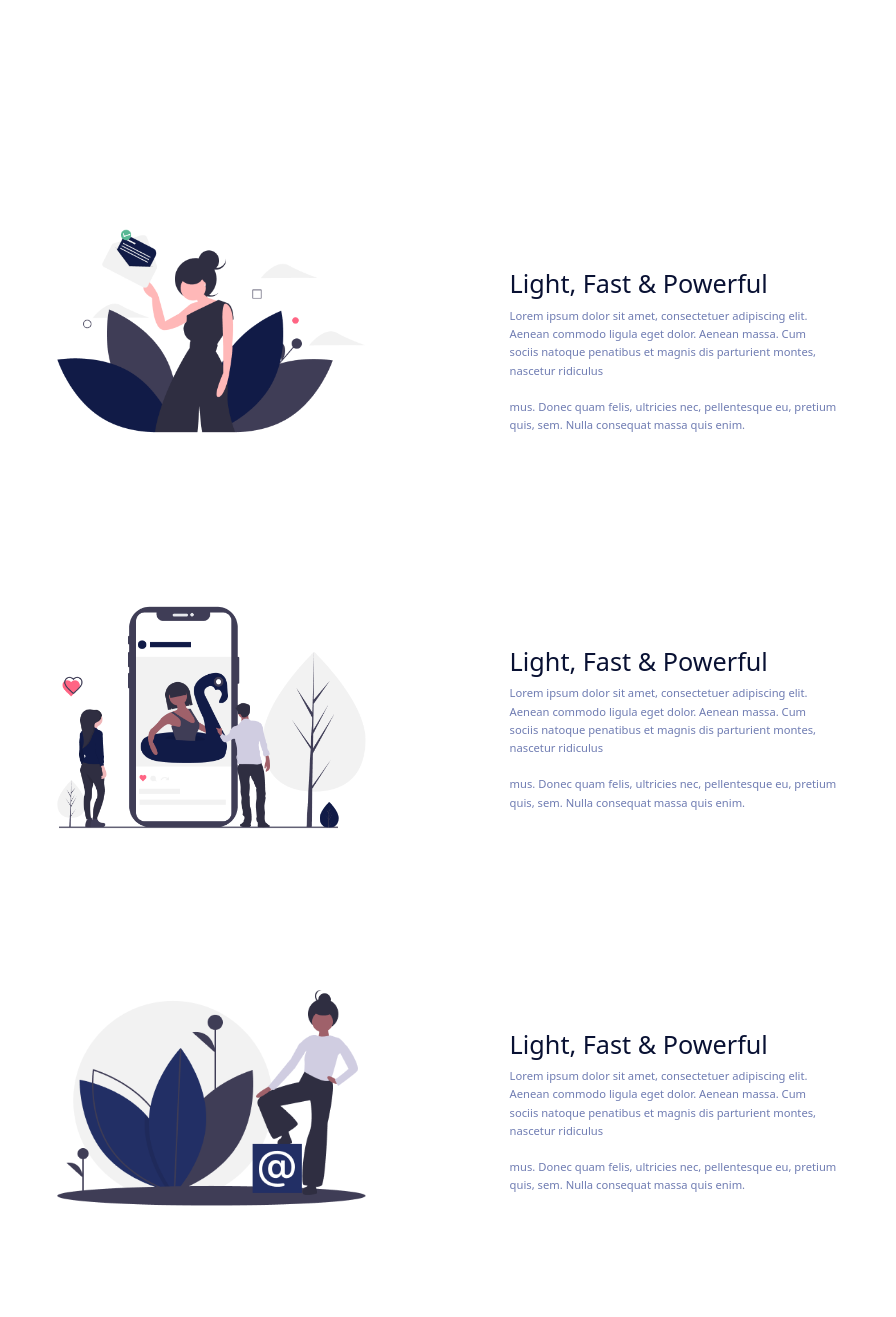
Repository: batonAnton/HW-Lec12-sass-pug
Page: index.html
An editor plug-in stored every save of this project. The page is shown before and after the next save, followed by the edit.
The browser window is 1280 px wide. The pictures show the part of the page from y = 1883 to 3803 px (the page is 3765 px tall before and 3803 px after), at 70% of full size.
The style sheet was rebuilt from its Sass, Less or Tailwind sources for each picture, by a compiler version that may differ from the author's.

Above is the page before, as saved 2022-07-29 17:25:22.

### index.html
<!DOCTYPE html>
<html lang="en">
<head>
    <meta charset="UTF-8">
    <meta http-equiv="X-UA-Compatible" content="IE=edge">
    <meta name="viewport" content="width=device-width, initial-scale=1.0">
    <title>HW12 Saas</title>
    <link rel="preconnect" href="https://fonts.googleapis.com">
    <link rel="preconnect" href="https://fonts.gstatic.com" crossorigin>
    <link href="https://fonts.googleapis.com/css2?family=Roboto&display=swap" rel="stylesheet">
    <link href="https://cdn.jsdelivr.net/npm/bootstrap@5.2.0/dist/css/bootstrap.min.css" rel="stylesheet" integrity="sha384-gH2yIJqKdNHPEq0n4Mqa/HGKIhSkIHeL5AyhkYV8i59U5AR6csBvApHHNl/vI1Bx" crossorigin="anonymous">
    <link rel="stylesheet" href="css/style.css">
</head>
<body>
    <header>
        <div class="container">
            <div class="wrapper">
                <nav>
                    <div class="navigation">
                        <ul>
                            <li>
                                <a href="">home</a>
                            </li>
                            <li>
                                <a href="">about</a>
                            </li>
                            <li>
                                <a href="">contact</a>
                            </li>
                        </ul>
                        <div class="logo">
                            <h1>Landie</h1>
                        </div>
                        <div class="button">
                            <button type="button" class="btn btn-menu btn-primary">Buy now</button>
                        </div>
                    </div>
                </nav>

                <div class="leftBlock">
                    <h1>Introduce Your Product <br class="hideBR">
                        Quickly & Effectively
                    </h1>

                    <p>
                        Lorem ipsum dolor sit amet, consectetuer adipiscing elit. Aenean <br class="hideBR"> commodo ligula eget dolor. Aenean massa. Cum sociis natoque <br class="hideBR"> penatibus et magnis dis parturient montes, nascetur ridiculus <br class="hideBR">
                        <br> <br>
                        mus. Donec quam felis, ultricies nec, pellentesque eu, pretium quis, <br class="hideBR"> sem. Nulla consequat massa quis enim.
                    </p>

                    <div class="btn-header">
                        <button type="button" class="btn btn-menu btn-primary">Purchase UI Kit</button>
                        <button type="button" class="btn btn-menu btn-primary">Learn More</button>
                    </div>
                </div>
            </div>
        </div>
    </header>

    <section>
        <div class="container">
            <h1>Light, Fast & Powerful</h1>
            <p>
                Lorem ipsum dolor sit amet, consectetuer adipiscing elit. Aenean commodo <br class="hideBr"> ligula eget dolor. Aenean massa. Cum sociis natoque penatibus et magnis <br class="hideBr"> dis parturient montes, nascetur ridiculus
                <br> <br>
                mus. Donec quam felis, ultricies nec, pellentesque eu, pretium quis, sem. <br class="hideBr"> Nulla consequat massa quis enim.
            </p>

            <div class="smallInfo">
                <div class="block">
                    <img src="./image/section1/Combined Shape.jpg" alt="img">
                    <h2>Title Goes Here</h2>
                    <p>Lorem ipsum dolor sit amet, consectetuer <br class="hideBr"> adipiscing elit. Aenean commodo ligula eget <br class="hideBr">  dolor. </p>
                </div>

                <div class="block">
                    <img src="./image/section1/Combined Shape.jpg" alt="img">
                    <h2>Title Goes Here</h2>
                    <p>Lorem ipsum dolor sit amet, consectetuer <br class="hideBr"> adipiscing elit. Aenean commodo ligula eget <br class="hideBr">  dolor. </p>
                </div>
            </div>
        </div>
    </section>

    <aside>
        <div class="container">
            <div class="rowAside">
                <div class="img-left">
                    <img src="./image/aside/img1.png" alt="img" >
                </div>
                <div class="rightInfo">
                    <h1>Light, Fast & Powerful</h1>
                    <p>
                        Lorem ipsum dolor sit amet, consectetuer adipiscing elit. <br class="hideBr"> Aenean commodo ligula eget dolor. Aenean massa. Cum <br class="hideBr"> sociis natoque penatibus et magnis dis parturient montes, <br class="hideBr"> nascetur ridiculus
                        <br> <br>
                        mus. Donec quam felis, ultricies nec, pellentesque eu, pretium <br class="hideBr"> quis, sem. Nulla consequat massa quis enim.
                    </p>
                </div>
            </div>

            <div class="rowAside middle">
                <div class="img-left">
                    <img src="./image/aside/img2.png" alt="img" >
                </div>
                <div class="rightInfo">
                    <h1>Light, Fast & Powerful</h1>
                    <p>
                        Lorem ipsum dolor sit amet, consectetuer adipiscing elit. <br class="hideBr"> Aenean commodo ligula eget dolor. Aenean massa. Cum <br class="hideBr"> sociis natoque penatibus et magnis dis parturient montes, <br class="hideBr"> nascetur ridiculus
                        <br> <br>
                        mus. Donec quam felis, ultricies nec, pellentesque eu, pretium <br class="hideBr"> quis, sem. Nulla consequat massa quis enim.
                    </p>
                </div>
            </div>

            <div class="rowAside">
                <div class="img-left">
                    <img src="./image/aside/img3.png" alt="img" >
                </div>
                <div class="rightInfo">
                    <h1>Light, Fast & Powerful</h1>
                    <p>
                        Lorem ipsum dolor sit amet, consectetuer adipiscing elit. <br class="hideBr"> Aenean commodo ligula eget dolor. Aenean massa. Cum <br class="hideBr"> sociis natoque penatibus et magnis dis parturient montes, <br class="hideBr"> nascetur ridiculus
                        <br> <br>
                        mus. Donec quam felis, ultricies nec, pellentesque eu, pretium <br class="hideBr"> quis, sem. Nulla consequat massa quis enim.
                    </p>
                </div>
            </div>
        </div>
    </aside>
</body>
</html>

### css/style.scss
$primary-color: #091133;
$primaryFontStyle: Roboto;

@mixin generalStyleMenu(
  $sizeMenu: 14px,
  $lineHeight: 24px,
  $font-color: #505f98
) {
  font-size: $sizeMenu;
  line-height: $lineHeight;
  color: $font-color;
}

body {
  box-sizing: border-box;
}

header {
  width: 100%;
  height: 1160px;
  background-image: url(../image/header/header-bg.png);
  background-position: 100% -20%;
  background-repeat: no-repeat;

  .navigation {
    display: flex;
    justify-content: space-between;
    padding-top: 18px;
    align-items: center;

    ul {
      display: inline-flex;
      li {
        margin-right: 60px;
        list-style: none;
        a {
          text-decoration: none;
          text-transform: capitalize;
          @include generalStyleMenu;
        }
      }
    }
    .logo {
      display: flex;
      justify-content: center;
      margin-left: -235px;
      h1 {
        font-family: $primaryFontStyle;
        font-style: normal;
        font-weight: 900;
        font-size: 26px;
        line-height: 38px;
        color: #37447e;
      }
    }
     .btn-primary{
      font-family: 'Roboto';
      font-style: normal;
      font-weight: 500;
      font-size: 12px;
      line-height: 18px;
      text-transform: capitalize;
      color: #091133;
        background: #E7ECFF;
      border-radius: 2px;
      width: 160px;
      height: 30px;
      border: 1px solid #091133;

    }
    button:hover{
        background-color: #111B47;
        color: #FFFFFF;
        transition: 1s;
    }
  }
//   left-block header
  .leftBlock{
      margin-top: 190px;
      margin-left: 35px;
      h1{
        font-weight: 500;
        font-size: 50px;
        line-height: 66px;
        letter-spacing: 1px;
        color: #091133;
        margin-bottom: 20px;
      }
      p{
        font-style: normal;
        font-weight: 400;
        font-size: 18px;
        line-height: 30px;
        color: #505F98;
        margin-bottom: 69px;
      }

      .btn-primary{
        width: 189px;
        height: 40px;
        border: 2px solid #091133;
        border-radius: 2px;
        font-style: normal;
        font-weight: 500;
        font-size: 16px;
        line-height: 26px;
        color: #091133;
        background: #E7ECFF;
        margin-right: 30px;
      }
      button:hover{
          background-color: #111B47;
          color: #FFFFFF;
          transition: 1s;
      }
  }
}
// section

section{
    margin-top: 80px ;
    height: 740px;
    margin-left: 45px;
    margin-bottom: 230px;
    background-image: url(../image/section1/section-bg.png);
    background-position: 85% -5%;
    background-repeat: no-repeat;
    h1{
        // font-family: 'Roboto';
        font-style: normal;
        font-weight: 500;
        font-size: 36px;
        line-height: 48px;
        color: #091133;
        margin-bottom: 20px;
    }
    p{
        font-style: normal;
        font-weight: 400;
        font-size: 16px;
        line-height: 26px;
        color: #6F7CB2;
    }
    .smallInfo{
        margin-top: 90px;
        display: inline-flex;
        h2{
            font-style: normal;
            font-weight: 500;
            font-size: 16px;
            line-height: 26px;
            color: #091133;
            margin: 16px 0px 6px 0px;
        }
        p{
            font-weight: 400;
            font-size: 12px;
            line-height: 18px;
            color: #5D6970;
        }
        .block{
            margin-right: 30px;

        }
    }
}

aside{
    margin-left: 45px;
    margin-right: 45px;
    margin-bottom: 160px;
    .rowAside{
        display: inline-flex;
        .img-left{
            margin-right:206px;
            img{
                width: 440px;
            }
        }
    }
    .middle{
        margin: 230px 0;
    }

    .rightInfo{
        margin-top: 55px;

        h1{
            font-weight: 500;
            font-size: 36px;
            line-height: 48px;
            color: #091133;
        }

        p{
            font-weight: 400;
            font-size: 16px;
            line-height: 26px;
            color: #6F7CB2;
        }
         .lastOne{
            margin-top: 0;
        }
    }
}

After the next save:
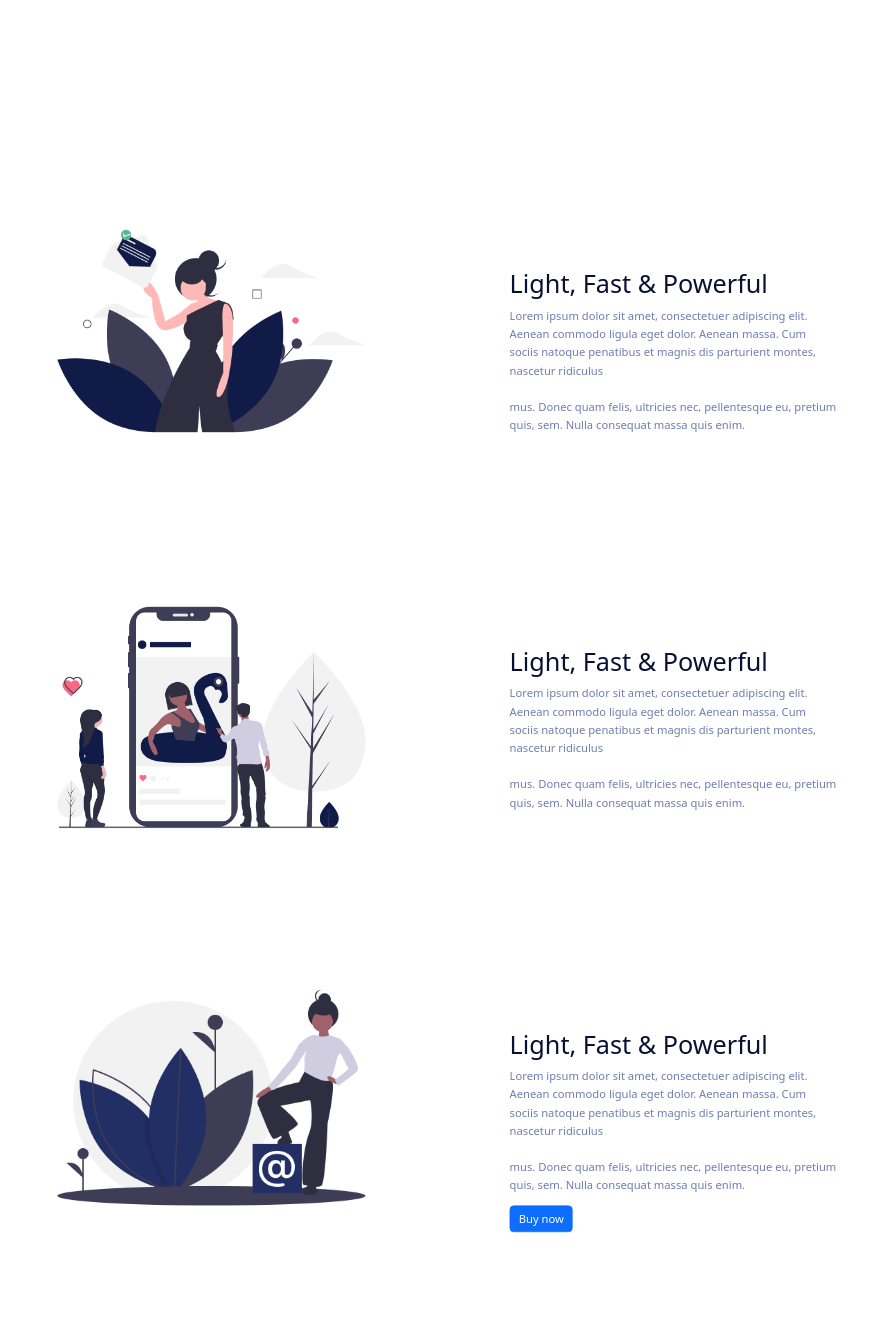
Saved 2 min 3 s later.
--- a/index.html
+++ b/index.html
@@ -116,13 +116,15 @@
                 <div class="img-left">
                     <img src="./image/aside/img3.png" alt="img" >
                 </div>
-                <div class="rightInfo">
+                <div class="rightInfo lastOne">
                     <h1>Light, Fast & Powerful</h1>
                     <p>
                         Lorem ipsum dolor sit amet, consectetuer adipiscing elit. <br class="hideBr"> Aenean commodo ligula eget dolor. Aenean massa. Cum <br class="hideBr"> sociis natoque penatibus et magnis dis parturient montes, <br class="hideBr"> nascetur ridiculus
                         <br> <br>
                         mus. Donec quam felis, ultricies nec, pellentesque eu, pretium <br class="hideBr"> quis, sem. Nulla consequat massa quis enim.
                     </p>
+
+                    <button type="button" class="btn btn-menu btn-primary">Buy now</button>
                 </div>
             </div>
         </div>
